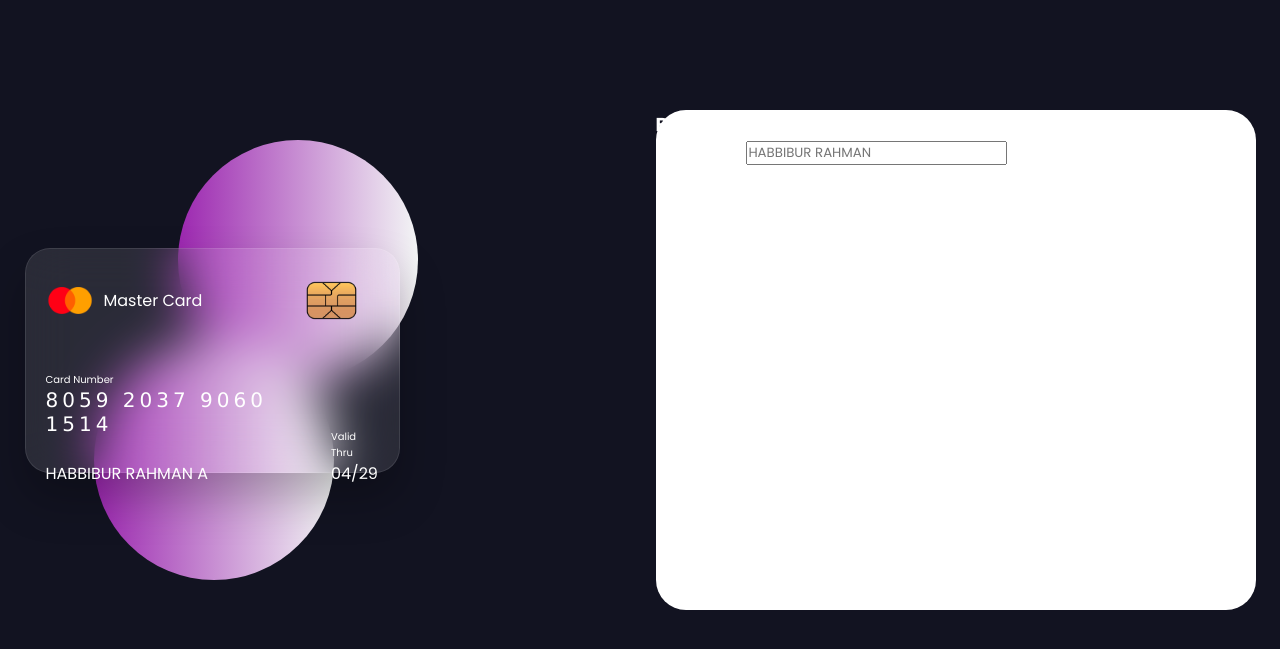
Repository: Habeebur1493/-002-Prompt
Page: index.html
An editor plug-in stored every save of this project. The page is shown before and after the next save, followed by the edit.
The browser window is 1280 px wide. The pictures show the whole page.

Above is the page before, as saved 2024-09-11 00:04:13.

After the next save:
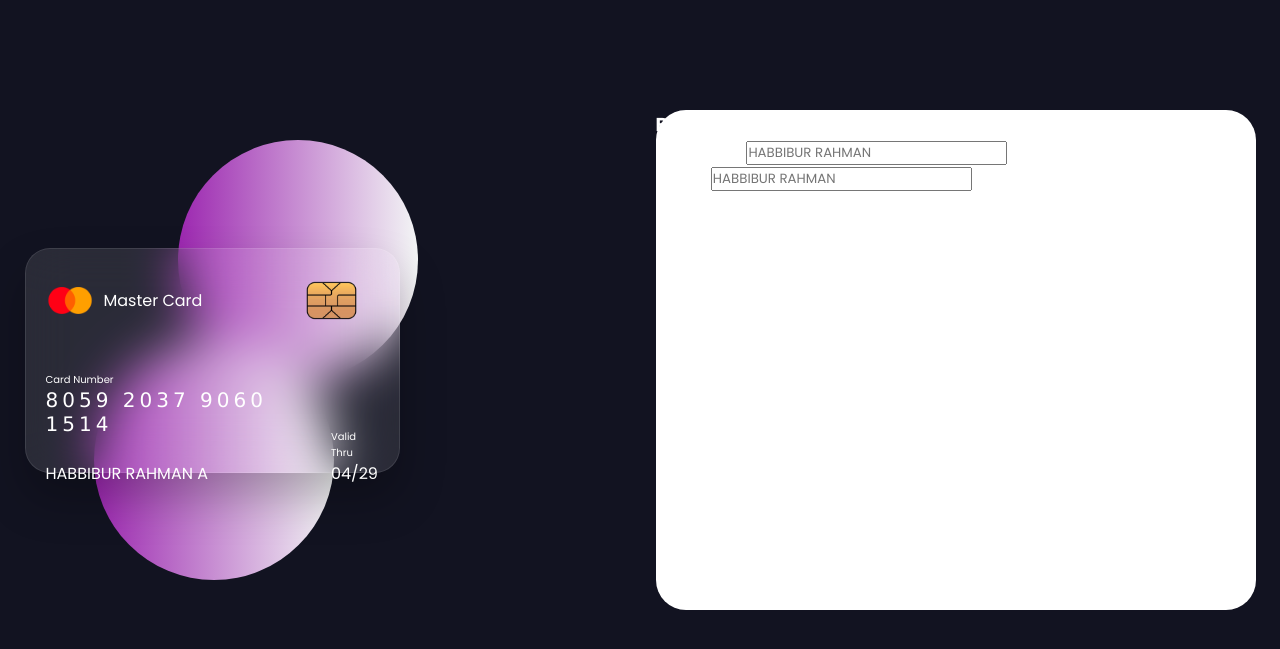
Saved 22 s later.
--- a/index.html
+++ b/index.html
@@ -55,7 +55,7 @@
                         </div>
                         <div class="inputbox">
                             <span>Email :</span>
-
+                            <input type="text" placeholder="HABBIBUR RAHMAN">
                         </div>
                     </div>
                 </div>
